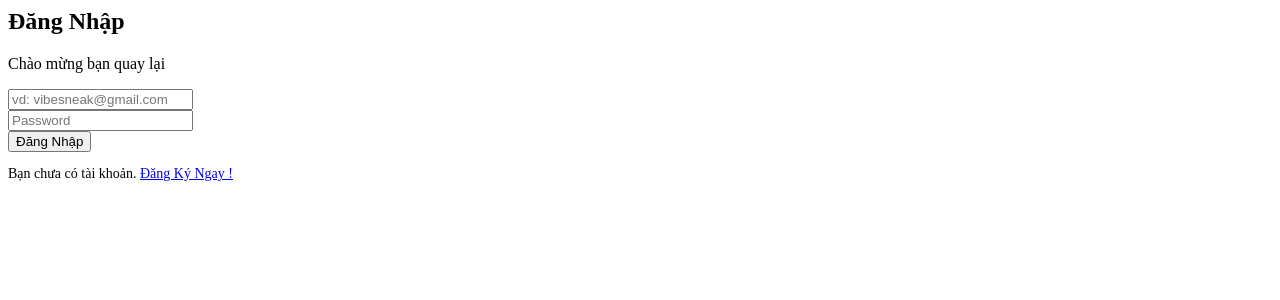
Repository: HSondev74/website-ban-giay
Page: http://localhost/BanGiay/pages/Login.php
The author's editor kept a copy of each file at every save. The page is drawn from the files as they stood at one save, then again after the next save.
The browser window is 1280 px wide. The pictures show the whole page.
The page is run by PHP 8.4 with error messages shown; the project is at /var/www/html/.

Above is the page before, as saved 2024-02-25 13:55:46.

### pages/Login.php
<?php
if (isset($_POST['login'])) {
     $email = $_POST['email'];
     $password = $_POST['password'];
     $sql = "SELECT * FROM nguoidung WHERE email = '" . $email . "' AND matkhau = '" . $password . " ' LIMIT 1";

     $result = mysqli_query($conn, $sql);
     $count = mysqli_num_rows($result);
     if ($count > 0) {
          $row = mysqli_fetch_assoc($result);
          if ($row['kieunguoidung'] == "customer") {

               $_SESSION['dangnhap'] = $row;

               echo "<script>alert('Đăng nhập thành công!')
               window.history.back()
               </script>";
          }
     } else {
          echo "<script>alert('Tài khoản mật khẩu không đúng!')
          window.location.href='index.php?action=login'
          </script>";
     }
}

?>
<main id="main">
    <div class="container">
        <div class="form">
            <!-- <img src="./images/img-header/logo-brand.png" alt="" /> -->
            <form action="" method="POST" class="form-logup">
                <h2>Đăng Nhập</h2>
                <p>Chào mừng bạn quay lại</p>

                <div class="ip-logup">
                    <span class="input-group-text">
                        <i class="fa fa-user"></i>
                    </span>
                    <input type="email" name="email" class="form-control" placeholder="vd: vibesneak@gmail.com" />
                </div>

                <div class="ip-logup">
                    <span class="input-group-text">
                        <i class="fa fa-lock"></i>
                    </span>
                    <input type="text" name="password" class="form-control" placeholder="Password" />
                </div>

                <div class="btn-logup">
                    <input type="submit" name="login" value="Đăng Nhập" class="button" />

                    <p class="ask2 ask" style="font-size: 14px;">
                        Bạn chưa có tài khoản.
                        <a href="index.php?action=logup">Đăng Ký Ngay !</a>
                    </p>
                </div>
            </form>
        </div>
    </div>
</main>

After the next save:
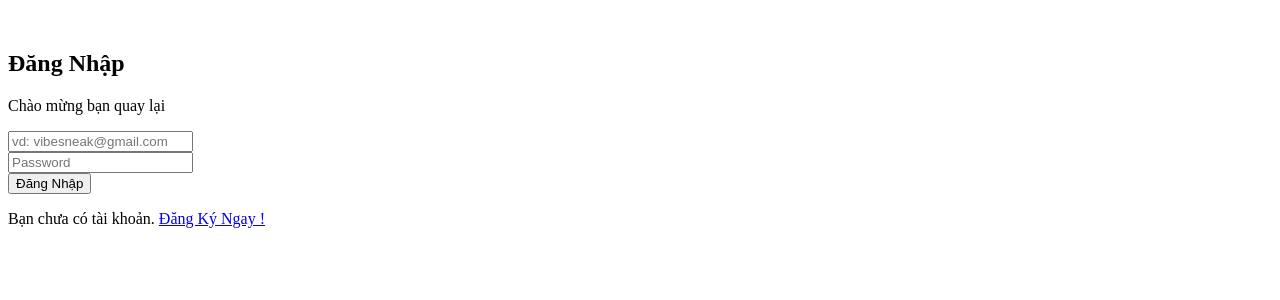
Saved 32 s later.
--- a/pages/Login.php
+++ b/pages/Login.php
@@ -26,7 +26,7 @@
 ?>
 <main id="main">
     <div class="container">
-        <div class="form">
+        <div class="form" style="width: 30%; margin-top:50px">
             <!-- <img src="./images/img-header/logo-brand.png" alt="" /> -->
             <form action="" method="POST" class="form-logup">
                 <h2>Đăng Nhập</h2>
@@ -49,7 +49,7 @@
                 <div class="btn-logup">
                     <input type="submit" name="login" value="Đăng Nhập" class="button" />
 
-                    <p class="ask2 ask" style="font-size: 14px;">
+                    <p class="ask2 ask">
                         Bạn chưa có tài khoản.
                         <a href="index.php?action=logup">Đăng Ký Ngay !</a>
                     </p>
